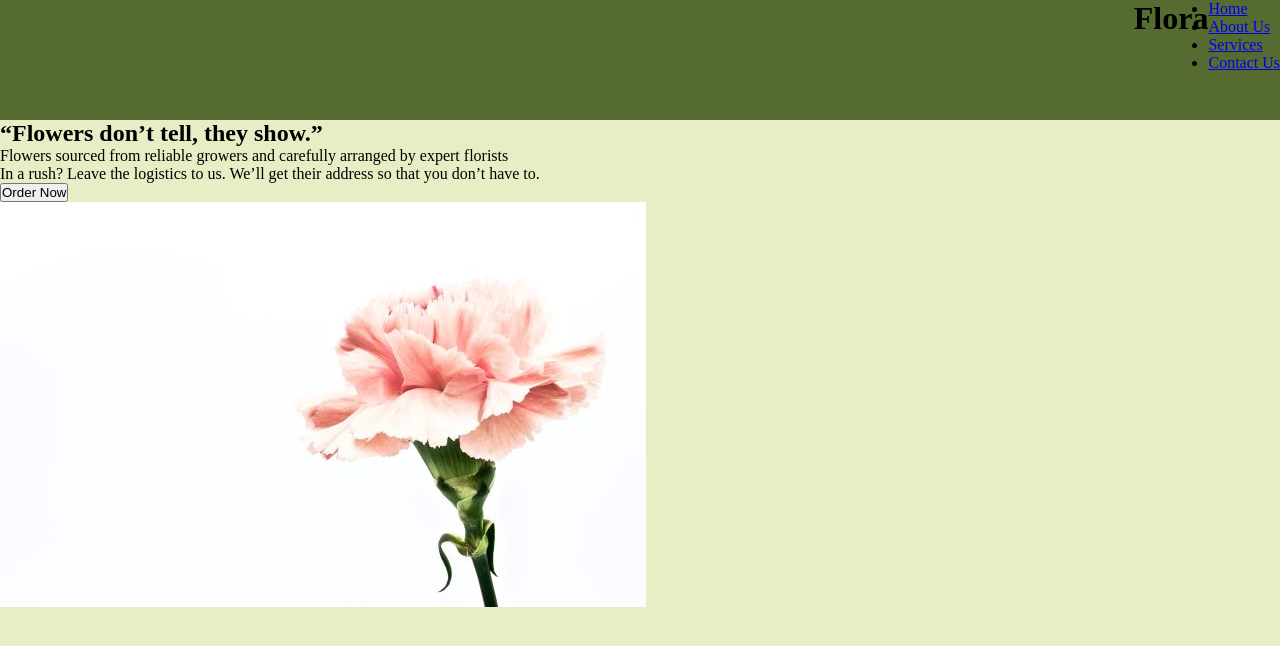
Repository: SaadYasin/test003-flex-box
Page: index.html
These files come from the project's save history. The page is drawn as it stood at one moment and after a run of saves; the edit follows.
The browser window is 1280 px wide. The pictures show the whole page.

Above is the page before, as saved 2022-10-30 15:12:10.

After the next 3 saves:
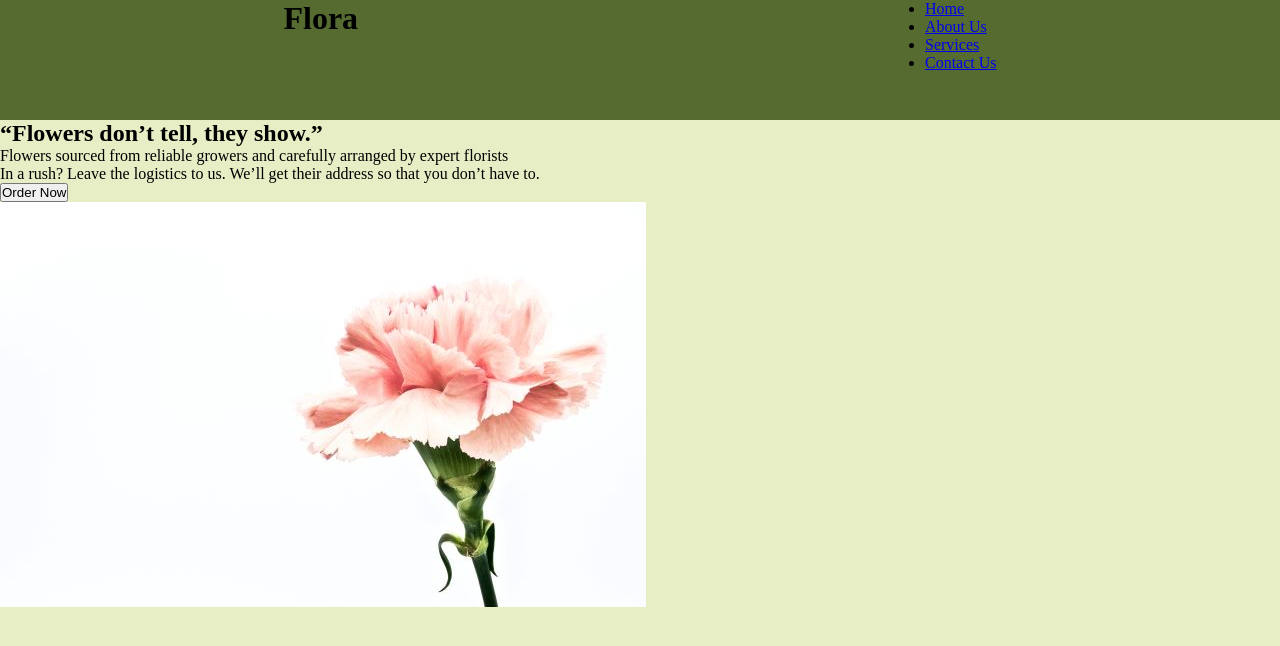
The 3 saves are shown as one change because they came seconds apart.
The last was saved 11 s later.
--- a/style.css
+++ b/style.css
@@ -10,7 +10,7 @@ body {
 
 .header-container {
   display: flex;
-  justify-content: flex-end;
+  justify-content: space-around;
   height: 120px;
   background: darkolivegreen;
 }
